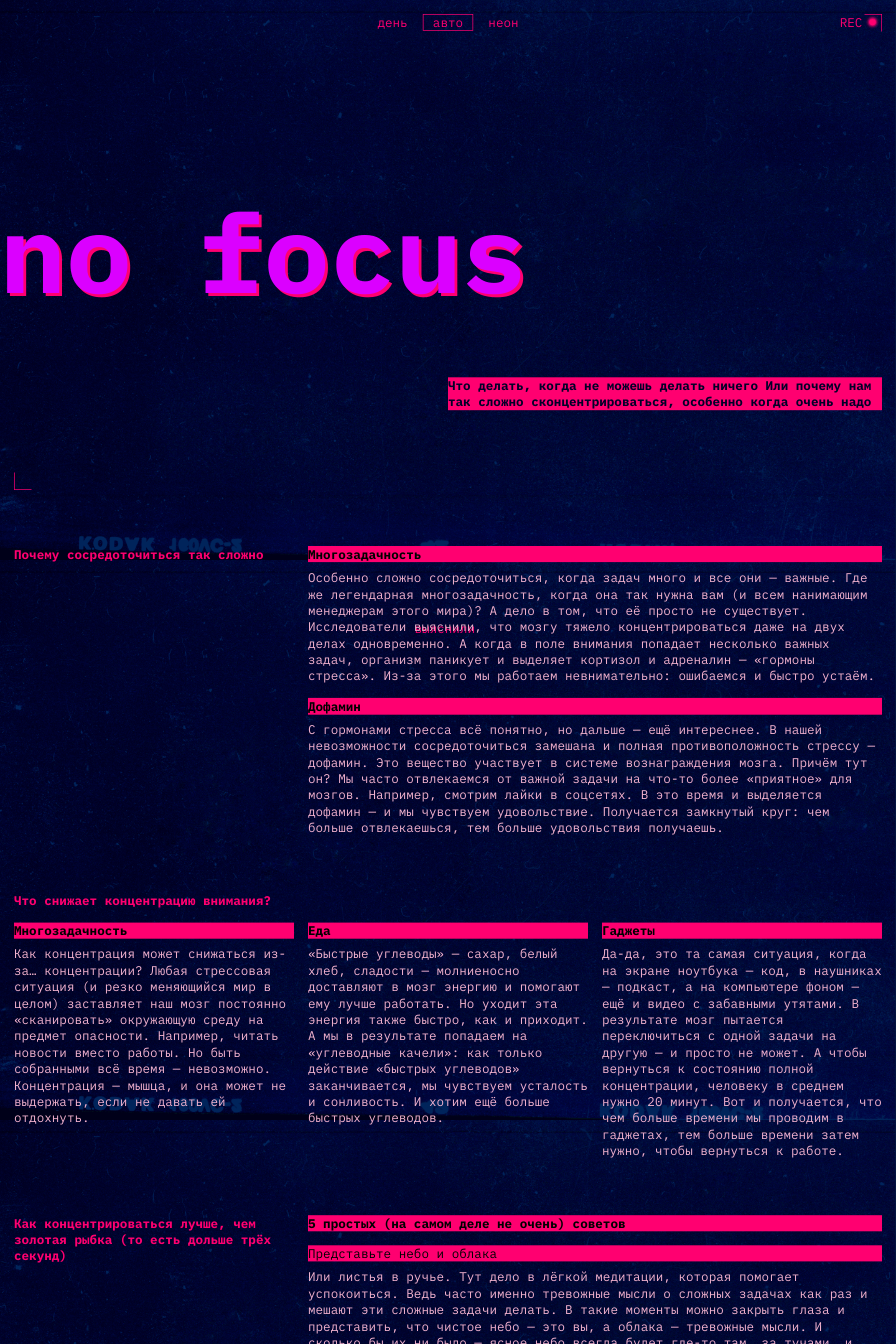
Repository: Hadoooouken/slozhno-sosredotochitsya
Page: index.html
These files come from the project's save history. The page is drawn as it stood at one moment and after the next save; the edit follows.
The browser window is 1280 px wide. The pictures show the part of the page from y = 0 to 1920 px (the page is 2611 px tall), at 70% of full size.
Backgrounds fixed to the window are drawn as part of the page.

Above is the page before, as saved 2024-01-22 15:16:27.

After the next save:
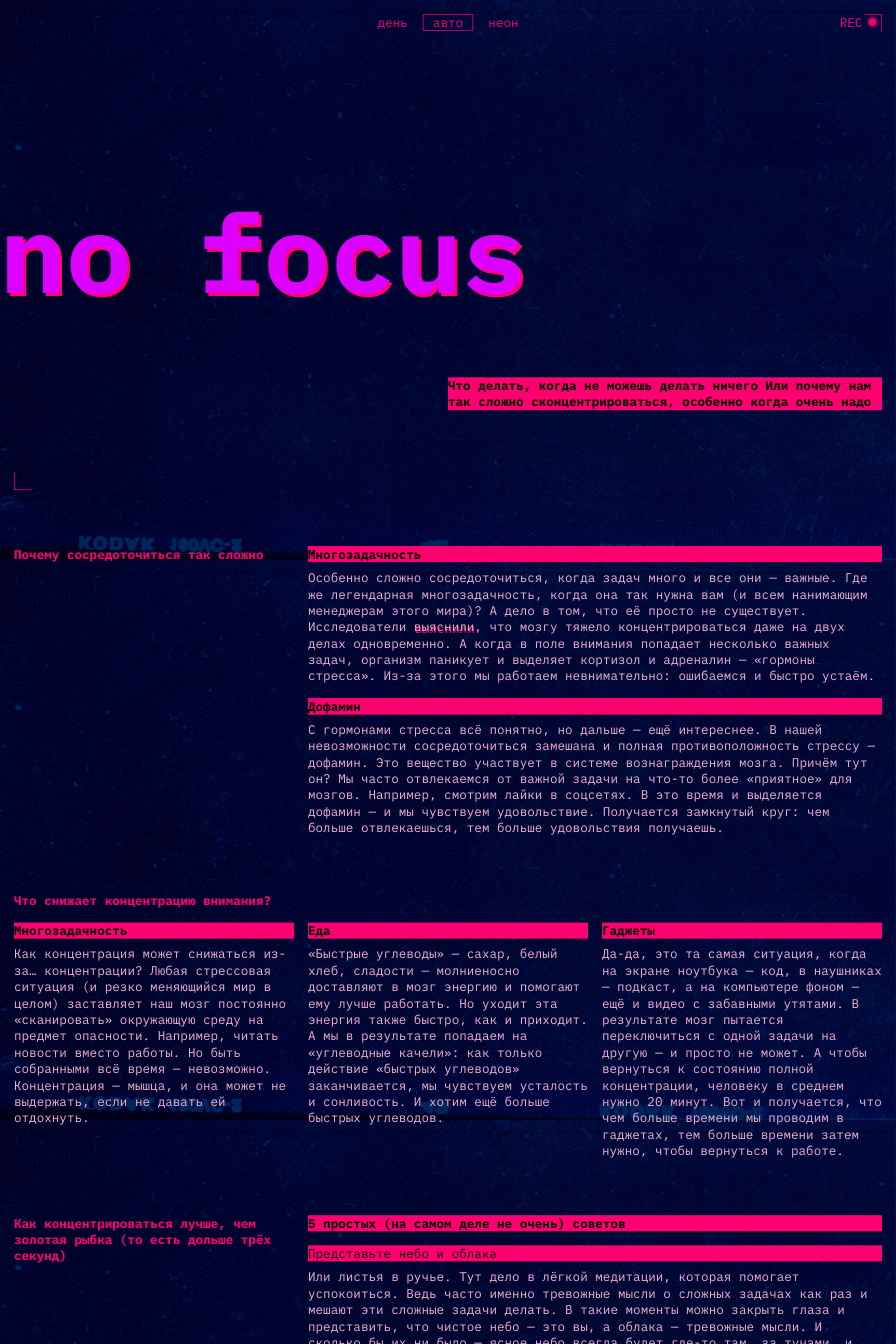
Saved 13 min 57 s later.
--- a/styles/variables.css
+++ b/styles/variables.css
@@ -4,6 +4,7 @@
 */
 --main-font:'IBM Plex mono';
 --title-color:#DB00FF;
+--main
 --subtitle-color:#000028;
 --text-color: #F1B2CE;
 --section-title: #FF0070;
